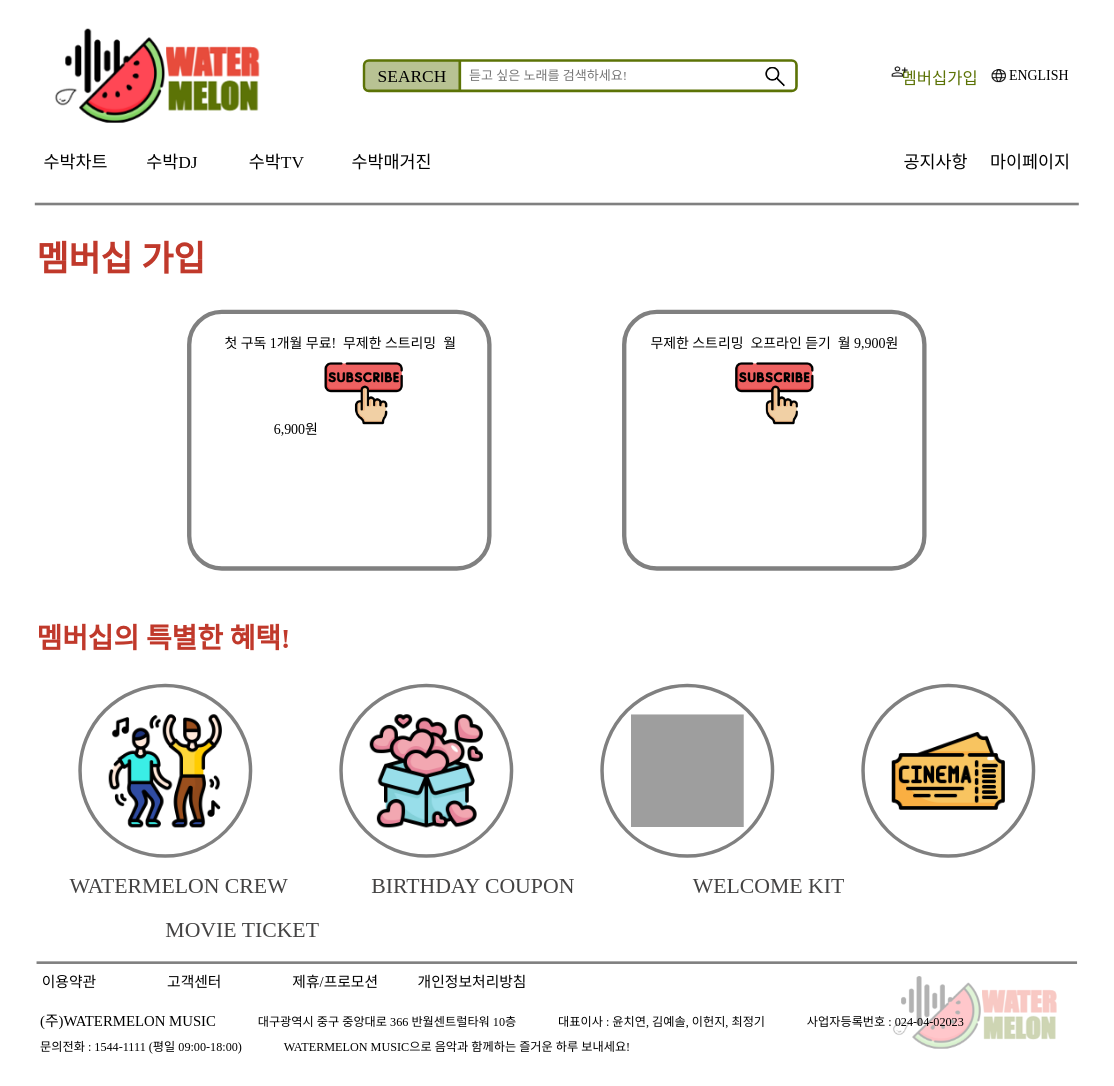
Repository: anchobb/TEAM_STS
Page: http://localhost/PJ_TEAM01/WEB-INF/views/membership.jsp
The author's editor kept a copy of each file at every save. The page is drawn from the files as they stood at one save, then again after the next save.
The browser window is 1280 px wide. The pictures show the whole page, at 87% of full size.
Pictures or frames that could not be fetched are drawn as grey boxes. Some web fonts or font styles are not loaded; a fallback is used. Some web libraries are served in a nearby version. The page is served by Tomcat 9. Nobody is signed in. The template is opened directly, without the code that normally fills it, so the values that code supplies are empty.

Above is the page before, as saved 2023-09-11 11:47:30.
Console error: TypeError: Cannot read properties of null (reading 'addEventListener')

### PJ_TEAM01/src/main/webapp/WEB-INF/views/membership.jsp
 <%@ page language="java" contentType="text/html; charset=UTF-8"
    pageEncoding="UTF-8"%>
<%@ taglib uri="http://java.sun.com/jsp/jstl/core" prefix="c"%>
<!DOCTYPE html>
<html lang="en">

<head>
<meta charset="UTF-8">
<title>Insert title here</title>
	<link rel="stylesheet" href="https://cdn.jsdelivr.net/npm/swiper@10/swiper-bundle.min.css" />
	<style>
		<%@include file="/resources/static/css/common.css" %>
		<%@include file="/resources/static/css/header.css" %>
		<%@include file="/resources/static/css/membership_Page.css" %>
		<%@include file="/resources/static/css/footer.css" %>
	</style>

</head>

<body>
<div class="wrapper">
        <!-- 메인 -->
        <header>
            <div class="top-header">
                <a href=<c:url value="/indexlog" />><img class="logo" src="${pageContext.request.contextPath}/resources/static/img/로고.png" alt=""></a>
                <form action="<c:url value='/music/search.do' />" method="get">
                <div class="search_box">
                    <div class="search_btn" id="searchButton">SEARCH</div>
                    <input id="searchInput" type="text" name="searchText" placeholder="듣고 싶은 노래를 검색하세요!" >
                    <img id="searchIcon" src="${pageContext.request.contextPath}/resources/static/img/search.png" alt="" onclick="searchMusic()" >
                </div>
                </form>
                <ul>
                    <li><a href=<c:url value="/member/membership" />
                            style="color:rgb(92, 115, 6); font-family: 'SDSamliphopangche_Basic'; font-size: 19px;"><img
                                src="${pageContext.request.contextPath}/resources/static/img/add.png" alt=""> 멤버십가입</a></li>
                    <li><a href=""><img src="${pageContext.request.contextPath}/resources/static/img/english.png" alt="">ENGLISH</a></li>
                </ul>
            </div>
        </header>
        <nav>
            <div class="mobilemenu">
                <span href="" class="material-symbols-outlined">menu
                    <ul class="wa">
                        <li><a href="">수박차트</a></li>
                        <li><a href="">수박DJ</a></li>
                        <li><a href="">수박TV</a></li>
                        <li><a href="">수박매거진</a></li>
                        <li><a href="./QnA_Page.html">공지사항</a></li>
                        <li><a href="">마이페이지</a></li>
                    </ul>
                </span>
            </div>
            <div class="navi">
                <div class="Menu_left">
                    <ul class="one--depth">
                        <li>
                            <a href="">수박차트</a>
                            <ul class="two--depth">
                                <li><a href="./TOP100.html">국내TOP100</a></li>
                                <li><a href="">해외TOP100</a></li>
                                <li><a href="">최신음악</a></li>
                                <li><a href="">장르음악</a></li>
                            </ul>
                        </li>
                        <li>
                            <a href="">수박DJ</a>
                            <ul class="two--depth">
                                <li><a href="">#투데이</a></li>
                                <li><a href="">테마장르</a></li>
                                <li><a href="">인기선곡</a></li>
                            </ul>
                        </li>
                        <li>
                            <a href="">수박TV</a>
                            <ul class="two--depth">
                                <li><a href="">뮤직비디오</a></li>
                                <li><a href="">수박방송</a></li>
                            </ul>
                        </li>
                        <li>
                            <a href="">수박매거진</a>
                            <ul class="two--depth">
                                <li><a href="./magazine.html">오늘의매거진</a></li>
                                <li><a href="">완결매거진</a></li>
                            </ul>
                        </li>
                    </ul>
                </div>
                <div class="Menu_right">
                    <ul class="one--depth">
                        <li>
                            <a href="">공지사항</a>
                            <ul class="two--depth">
                                <li><a href="">공지사항</a></li>
                                <li><a href="">QnA</a></li>
                                <li><a href="">자주하는질문</a></li>
                            </ul>
                        </li>
                        <li>
                            <a href="">마이페이지</a>
                            <ul class="two--depth">
                                <li><a href=<c:url value="/member/mypage" />>정보수정</a></li>
                                <li><a href="">마이리스트</a></li>
                            </ul>
                        </li>
                    </ul>
                </div>
            </div>

        </nav>
        <div class="header_line"></div>
        <section class="ms_pay">
            <span class="title">멤버십 가입</span>
            <div>
                <div class="subscribe_1">
                    <span>첫 구독 1개월 무료!</span>
                    <span>무제한 스트리밍</span>
                    <span id="price">월 6,900원</span>
                    <img class="sub_img" src="${pageContext.request.contextPath}/resources/static/img/subscribe.png" alt="">
                </div>
                <div class="subscribe_2">
                    <span>무제한 스트리밍</span>
                    <span>오프라인 듣기</span>
                    <span id="price">월 9,900원</span>
                    <img class="sub_img" src="${pageContext.request.contextPath}/resources/static/img/subscribe.png" alt="">
                </div>
            </div>

        </section>
        <section class="ms_benefit">
            <span class="title">멤버십의 특별한 혜택!</span>
            <div id="ben_img">
                <div class="benefit_icon"><img src="${pageContext.request.contextPath}/resources/static/img/crew.png" alt=""></div>
                <div class="benefit_icon"><img src="${pageContext.request.contextPath}/resources/static/img/welcom_kit.png" alt=""></div>
                <div class="benefit_icon"><img src="${pageContext.request.contextPath}/resources/static/img/birthday.png" alt=""></div>
                <div class="benefit_icon"><img src="${pageContext.request.contextPath}/resources/static/img/movie_ticket.png" alt=""></div>
            </div>
            <span id="title1">WATERMELON CREW</span>
            <span id="title2">BIRTHDAY COUPON</span>
            <span id="title3">WELCOME KIT</span>
            <span id="title4">MOVIE TICKET</span>
        </section>
        <footer>
             <div class="footer_line"></div>
            <div>
                <ul class="footer_menu">
                    <li><a href="">이용약관</a></li>
                    <li><a href="">고객센터</a></li>
                    <li><a href="">제휴/프로모션</a></li>
                    <li><a href=""> 개인정보처리방침</a></li>
                </ul>
            </div>
            <p></p>
            <div class="Site_info">
                <img id="footer_logo" src="${pageContext.request.contextPath}/resources/static/img/로고.png" alt="">
                <span class="Sitename">(주)WATERMELON MUSIC</span>
                <span>대구광역시 중구 중앙대로 366 반월센트럴타워 10층</span>
                <span>대표이사 : 윤치연, 김예솔, 이헌지, 최정기</span>
                <span>사업자등록번호 : 024-04-02023</span>
                <br>
                <span>문의전화 : 1544-1111 (평일 09:00-18:00)</span>
                <span>WATERMELON MUSIC으로 음악과 함께하는 즐거운 하루 보내세요!</span>
            </div>

        </footer>
    </div>


    <!-- axios cdn -->
	<script src="https://cdnjs.cloudflare.com/ajax/libs/axios/1.5.0/axios.min.js" integrity="sha512-aoTNnqZcT8B4AmeCFmiSnDlc4Nj/KPaZyB5G7JnOnUEkdNpCZs1LCankiYi01sLTyWy+m2P+W4XM+BuQ3Q4/Dg==" crossorigin="anonymous" referrerpolicy="no-referrer"></script>
	<script>
    const pay_btn_el = document.querySelector('.pay_btn');
    pay_btn_el.addEventListener('click', function () {
        axios.get('http://localhost:8080/th/kakao/pay/request')
        .then(response=>{
            console.log("reqeust Success");
            console.log(response);
            console.log(response.data);
            console.log(response.data.next_redirect_pc_url);
            window.open(response.data.next_redirect_pc_url, "Payment","width=400,height=700");
        })
        .catch(error=>{});
    });

	</script>


</body>

</html>

### PJ_TEAM01/src/main/webapp/resources/static/css/common.css
@font-face {
    font-family: 'SDSamliphopangche_Basic';
    src: url('https://cdn.jsdelivr.net/gh/projectnoonnu/noonfonts-20-12@1.0/SDSamliphopangche_Basic.woff') format('woff');
    font-weight: normal;
    font-style: normal;
}

* {
    margin: 2px;
    box-sizing: border-box;
    font-family: 'SDSamliphopangche_Basic';
}

ul {
    list-style: none;
    padding: 0px;
    margin: 0px;
    color: black;
}

a {
    text-decoration: none;
    color: black;
}

.wrapper {
    width: 1200px;
    margin: 30px auto;
}

.wrapper>nav>.mobilemenu>.material-symbols-outlined{
    font-variation-settings:
    'FILL' 0,
    'wght' 400,
    'GRAD' 0,
    'opsz' 48}

### PJ_TEAM01/src/main/webapp/resources/static/css/header.css
/* header */
.wrapper>header {
    height:130px;
    /* border: 1px solid red; */
    margin-top: 20px;
}

/* 탑헤더 내 로고, 검색창, 퀵메뉴 전체 */
.wrapper>header>.top-header{
    height: 110px;
    /* border: 1px solid green; */
    display: flex;
    justify-content: space-between;
    align-items: center;
}

/* 탑헤더 내 로고 */
.wrapper>header>.top-header>.logo{
    margin-top: 0;
    width: 240px;
    height: 120px;
}

/* 탑헤더 내 검색창 */
.wrapper>header>.top-header>form .search_box{
    height: 38px;
    width: 500px;
    border: 3px solid rgb(92, 115, 6);
    position: relative;
    border-radius: 7px;
    line-height: 35px;
    padding-left: 10px;
}

.wrapper>header>.top-header>form .search_box>div{
    /* border: 1px solid rosybrown; */
    height: 35px;
    width: 110px;
    font-size: 20px;
    text-align: center;
    line-height: 35px;
    margin-top: -1px;
    margin-left: -10px;
    border-right: 3px solid rgb(92, 115, 6);
    background-color: rgba(92, 115, 6, 0.43);
}

.wrapper>header>.top-header>form .search_box>input {
    height: 30px;
    width: 340px;
    border: 1px;
    outline: 1px;
    position: absolute;
    top: -1px;
    left: 115px;
    font-size: 15px;
    color: black;
    font-family: 'NanumSquareBold';
}

.wrapper>header>.top-header>form .search_box>img {
    position: absolute;
    width: 30px;
    height: 30px;
    top: 0px;
    left: 92%;
    display: block;
}

/* 헤더 내 퀵메뉴 */
.wrapper>header>.top-header>ul {
    /* border: 1px solid red; */
    display: flex;
    justify-content: right;
    align-items: center;
}

.wrapper>header>.top-header>ul>li {
    /* border: 1px solid gray; */
    width: 110px;
    position: relative;
    text-align: center;
}

.wrapper>header>.top-header>ul>li>a {
    display: block;
    font-size: 16px;
    position: relative;
    left: 15px;
}

.wrapper>header>.top-header>ul>li>a>img{
    width: 20px;
    height: 18px;
    justify-content: center;
    align-content: center;
    position: absolute;
    top: -2.5px;
    left: -5px;
}

/* nav부분 STYLE */
.wrapper>nav>.navi{
    display: flex;
    justify-content: space-between;
}

/* 왼쪽 nav one-depth */
.wrapper>nav>.navi>.Menu_left>.one--depth {
    width: 100%;
    height: 60px;
    display: flex;
}

.wrapper>nav>.navi>.Menu_left>.one--depth>li {
    position: relative;
    height: 35px;
}

.wrapper>nav>.navi>.Menu_left>.one--depth>li>a {
    display: block;
    font-size: 20px;
    width: 110px;
    /* transition: 1s; */

}

/* 왼쪽 nav two-depth */
.wrapper>nav>.navi>.Menu_left>.one--depth>li>.two--depth {
    position: absolute;
    display: none;

}

.wrapper>nav>.navi>.Menu_left>.one--depth>li>.two--depth>li {
    height: 30px;
    line-height: 30px;

}

.wrapper>nav>.navi>.Menu_left>.one--depth>li>.two--depth>li>a {
    display: block;
    width: 120px;
    font-size: 17px;
}

.wrapper>nav>.navi>.Menu_left>.one--depth>li>a:hover {
    font-size: 22px;
}

.wrapper>nav>.navi>.Menu_left>.one--depth>li:hover .two--depth {
    display: flex;
}

.wrapper>nav>.navi>.Menu_left>.one--depth>li>.two--depth>li>a:hover {
    font-size: 18px;
    transition: 0.7s;
    color: rgb(192, 57, 43);
}

/* 오른쪽 nav one-depth */
.wrapper>nav>.navi>.Menu_right>.one--depth {
    width: 100%;
    height: 60px;
    display: flex;
}

.wrapper>nav>.navi>.Menu_right>.one--depth>li {
    position: relative;
    height: 35px;
}

.wrapper>nav>.navi>.Menu_right>.one--depth>li>a {
    display: block;
    font-size: 20px;
    width: 110px;
    text-align: right;
}

/* 오른쪽 nav two-depth */
.wrapper>nav>.navi>.Menu_right>.one--depth>li>.two--depth {
    position: absolute;
    display: none;
}

.wrapper>nav>.navi>.Menu_right>.one--depth>li>.two--depth>li {
    height: 30px;
    line-height: 30px;
}

.wrapper>nav>.navi>.Menu_right>.one--depth>li>.two--depth>li>a {
    display: block;
    width: 110px;
    font-size: 17px;
    text-align: center;
}

.wrapper>nav>.navi>.Menu_right>.one--depth>li>a:hover {
    font-size: 22px;
}

.wrapper>nav>.navi>.Menu_right>.one--depth>li:hover .two--depth {
    display: flex;
    text-align: right;
    right: -12px;
}

.wrapper>nav>.navi>.Menu_right>.one--depth>li>.two--depth>li>a:hover {
    font-size: 18px;
    transition: 0.7s;
    color: rgb(192, 57, 43);
}

/* header_line */
.wrapper>.header_line {
    display: block;
    background-color: gray;
    height: 3px;
    width: 100%;
    margin: 5px auto;
}

.wrapper>footer>#footer_logo{
    border: 1px solid;
    opacity: 0.6;
    margin-bottom: 500px;
}


.wrapper>header>.log-header{
    height: 150px;
    position: relative;
    display: flex;
    justify-content: center;
    align-items: center;
}

.logheader_line{
    display: block;
    background-color: gray;
    height: 3px;
    width: 100%;
    margin: 0 auto;
}


/* login header */

.wrapper>header>.log-header>a>.logo{
    margin-top: 0;
}

.wrapper>header>.log-header>ul{
    position: absolute;
    right: 30px;
}

.wrapper>header>.log-header>ul>li{
    display: inline-block;
    height: 40px;
    text-align: center;
    line-height: 35px;
}

.wrapper>header>.log-header>ul>li>a{
    font-size: 15px;
    position: relative;

}

.wrapper>header>.log-header>ul>li>a>img{
    position: absolute;
    width: 30px;
    height: 30px;
    right: 70px;
}

.wrapper>nav>.mobilemenu{
    display: none;
}

### PJ_TEAM01/src/main/webapp/resources/static/css/membership_Page.css
/* Section : ms_pay */

.ms_pay {
    margin: 15px auto;
}


.ms_pay .title {

    display: block;
    color: rgb(192, 57, 43);
    font-weight: 700;
    width: 900px;
    font-size: 2.5rem;
    margin-top: 30px;
    margin-bottom: 30px;
}
.ms_pay>div{
    width: 1000px;
    display: flex;
    margin: 50px auto;
    /* border: 1px solid blue; */
    justify-content:space-around;
    align-items: center;
    margin-top: 15px;
    margin-bottom: 50px;
}


.ms_pay .subscribe_1 {
    display: inline-block;
    border: 5px solid gray;
    border-radius: 40px;
    width: 350px;
    height: 300px;
    padding: 20px;
    text-align: center;
    cursor: pointer;
}

.ms_pay .subscribe_2 {
    display: inline-block;
    border: 5px solid gray;
    border-radius: 40px;
    width: 350px;
    height: 300px;
    padding: 20px;
    text-align: center;
    cursor: pointer;
}

.ms_pay .subscribe>span {
    display: block;
    width: 300px;
    height: 50px;
    font-size: 37px;
    color: gray;
    margin-top: 5px;

}

.ms_pay .subscribe>#price {
    display: block;
    font-size: 45px;
    color: brown;
}

.sub_img {
    width: 90px;
    height: 90px;
}

/* section : ms_benefit */
.ms_benefit {
    margin: 20px auto;
}

.ms_benefit .title {
    display: block;
    color: rgb(192, 57, 43);
    font-weight: 700;
    width: 900px;
    font-size: 2rem;
    margin-top: 15px;
    margin-top: 15px;
    margin-bottom: 30px;
}

.ms_benefit #ben_img{
    display: flex;
    /* border: 1px solid blue; */
    justify-content:space-around;
    align-items: center;
    margin: 15px auto;
}

.ms_benefit .benefit_icon {
    display: flex;
    border: 4px solid gray;
    border-radius: 50%;
    width: 200px;
    height: 200px;
    align-items: center;
    justify-content: center;

}

.ms_benefit .benefit_icon>img{
    /* position: absolute; */
    width: 130px;
    height: 130px;

}


.ms_benefit #title1 {

    display: inline-block;
    font-size: 25px;
    color: rgb(68, 67, 67);
    margin-bottom: 20px;
    margin-left: 40px;
}

.ms_benefit #title2 {

    display: inline-block;
    font-size: 25px;
    color: rgb(68, 67, 67);
    margin-left: 90px;
}

.ms_benefit #title3 {

    display: inline-block;
    font-size: 25px;
    color: rgb(68, 67, 67);
    margin-left: 130px;
}

.ms_benefit #title4 {

    display: inline-block;
    font-size: 25px;
    color: rgb(68, 67, 67);
    margin-left: 150px;
}

### PJ_TEAM01/src/main/webapp/resources/static/css/footer.css
/* footer */

/* footer line */
.wrapper>footer>.footer_line {
    display: block;
    background-color: gray;
    height: 3px;
    width: 100%;
    margin: 5px auto;
}

/* footer */
.wrapper>footer>div>.footer_menu {
    display: flex;
    /* border: 1px solid; */
    height: 40px;
}

.wrapper>footer>div>.footer_menu>li{
    /* border: 1px solid red; */
    width: 140px;
    height: 30px;
    line-height: 30px;
}

.wrapper>footer>div>.footer_menu>li>a{
    font-family: 'NanumSquareAceb';
    font-size: 17px;
}

.wrapper>footer>.Site_info{
    position: relative;
}

.wrapper>footer>.Site_info>#footer_logo{
    position: absolute;
    top: -50px;
    right: 0;
    width: 220px;
    height: 110px;
    opacity: 0.3;
    z-index: -1;
}

.wrapper>footer>.Site_info>span{
    display: inline-block;
    font-size: 14px;
    padding: 2px 40px 2px 0;
}

.wrapper>footer>.Site_info>.Sitename{
    font-family: 'NanumSquareAceb';
    font-size: 17px;
}

After the next save:
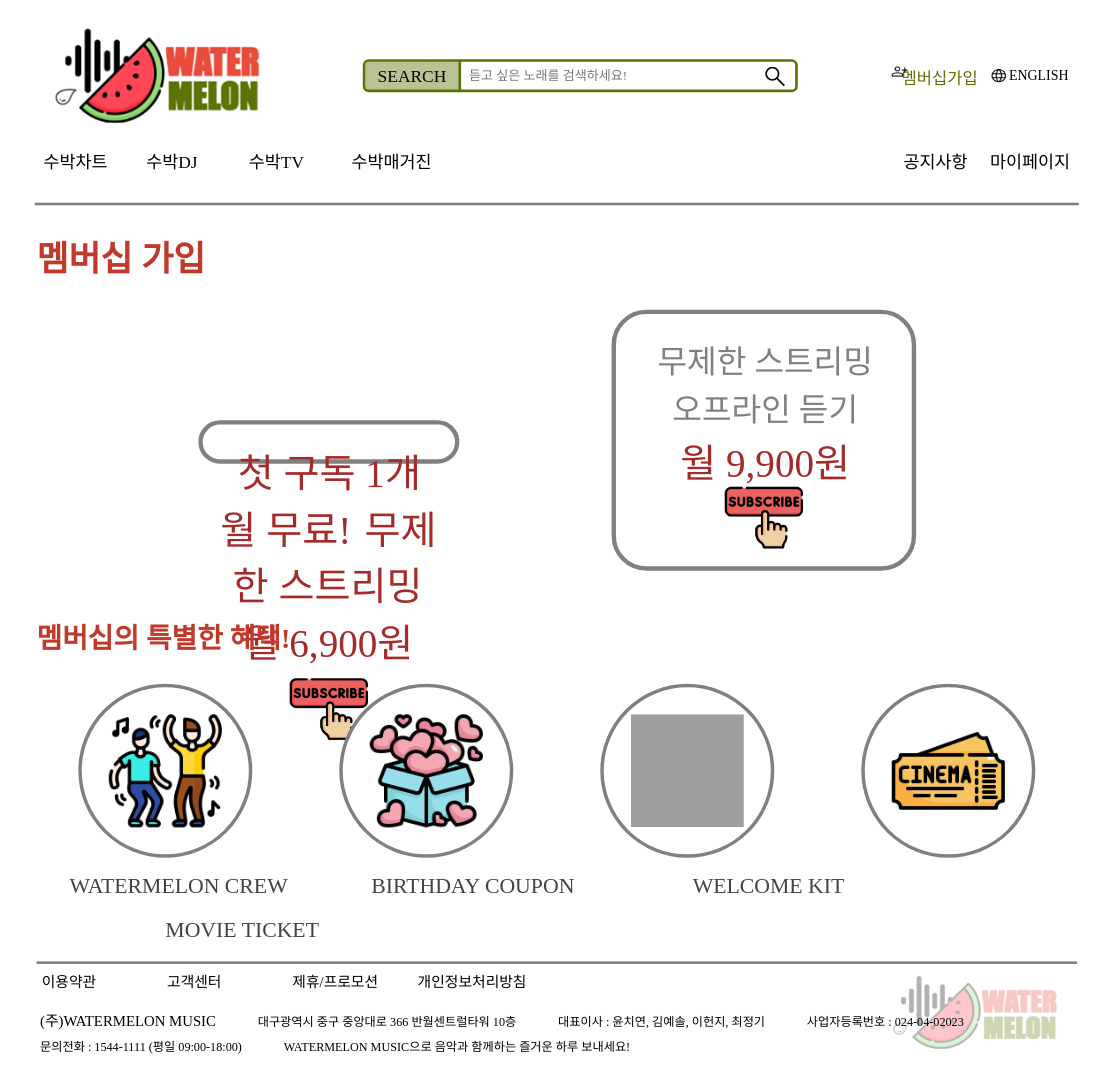
Saved 59 s later.
--- a/PJ_TEAM01/src/main/webapp/resources/static/css/membership_Page.css
+++ b/PJ_TEAM01/src/main/webapp/resources/static/css/membership_Page.css
@@ -49,7 +49,7 @@
     cursor: pointer;
 }
 
-.ms_pay .subscribe>span {
+.ms_pay .subscribe_1,.subscribe_2>span {
     display: block;
     width: 300px;
     height: 50px;
@@ -59,7 +59,7 @@
 
 }
 
-.ms_pay .subscribe>#price {
+.ms_pay .subscribe_1,.subscribe_2>#price {
     display: block;
     font-size: 45px;
     color: brown;
